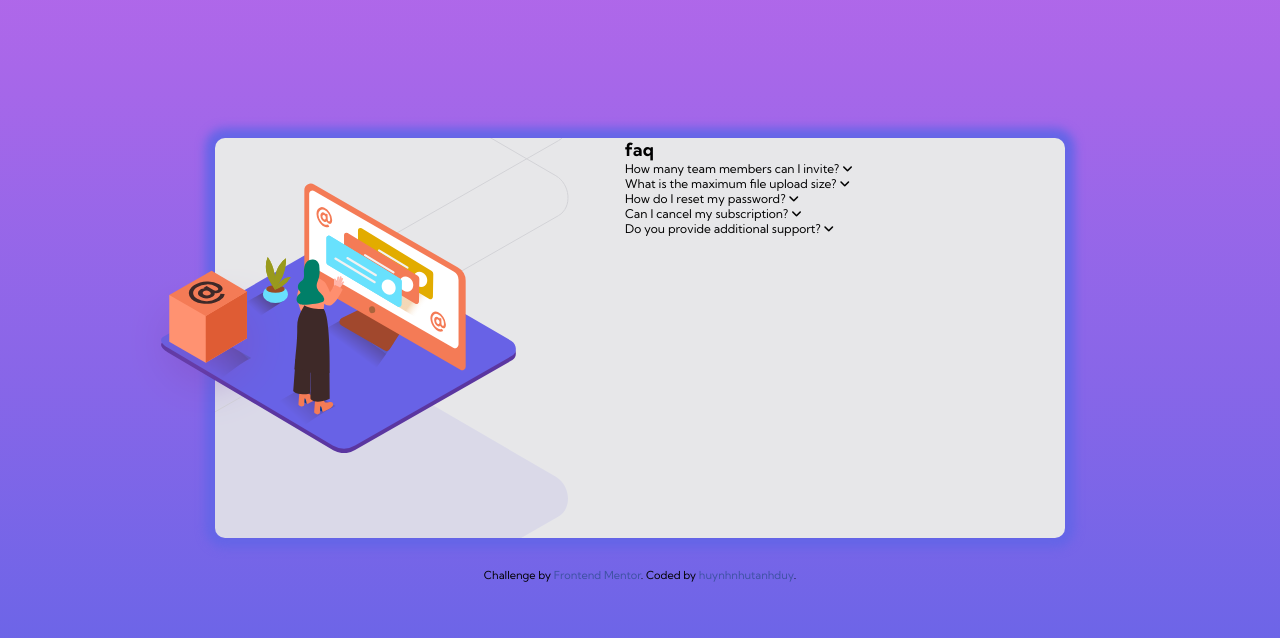
Repository: huynhnhutanhduy/faq-accordion-card
Page: index.html
An editor plug-in stored every save of this project. The page is shown before and after the next save, followed by the edit.
The browser window is 1280 px wide. The pictures show the whole page.

Above is the page before, as saved 2022-10-20 14:47:25.

### index.html
<!DOCTYPE html>
<html lang="en">
  <head>
    <meta charset="UTF-8" />
    <meta name="viewport" content="width=device-width, initial-scale=1.0" />
    <!-- displays site properly based on user's device -->
    <link rel="icon" type="image/png" sizes="32x32" href="./images/favicon-32x32.png" />
    <title>Frontend Mentor | FAQ Accordion Card</title>
    <link rel="preconnect" href="https://fonts.googleapis.com" />
    <link rel="preconnect" href="https://fonts.gstatic.com" crossorigin />
    <link
      href="https://fonts.googleapis.com/css2?family=Kumbh+Sans:wght@400;700&display=swap"
      rel="stylesheet"
    />
    <link
      rel="stylesheet"
      href="https://cdnjs.cloudflare.com/ajax/libs/font-awesome/6.2.0/css/all.min.css"
      integrity="sha512-xh6O/CkQoPOWDdYTDqeRdPCVd1SpvCA9XXcUnZS2FmJNp1coAFzvtCN9BmamE+4aHK8yyUHUSCcJHgXloTyT2A=="
      crossorigin="anonymous"
      referrerpolicy="no-referrer"
    />
    <link rel="stylesheet" href="./app.css" />
  </head>
  <body>
    <main>
      <article class="card">
        <div class="card-left">
          <div class="card-image">
            <img src="./images/illustration-woman-online-desktop.svg" alt="" />
          </div>
          <img src="./images/illustration-box-desktop.svg" alt="" class="card-box" />
        </div>
        <div class="card-right">
          <h1 class="card-title">faq</h1>
          <div class="card-list">
            <div class="card-item">
              <div class="card-item__header">
                <span class="card-item__header-title"
                  >How many team members can I invite?
                </span>
                <i class="fa-solid fa-angle-down card-item__header-icon"></i>
              </div>
              <div class="card-item__content">
                <div class="card-item__content-inner">
                  You can invite up to 2 additional users on the Free plan. There is no limit
                  on team members for the Premium plan.
                </div>
              </div>
            </div>
            <div class="card-item">
              <div class="card-item__header">
                <span class="card-item__header-title"
                  >What is the maximum file upload size?
                </span>
                <i class="fa-solid fa-angle-down card-item__header-icon"></i>
              </div>
              <div class="card-item__content">
                <div class="card-item__content-inner">
                  No more than 2GB. All files in your account must fit your allotted storage
                  space.
                </div>
              </div>
            </div>
            <div class="card-item">
              <div class="card-item__header">
                <span class="card-item__header-title">How do I reset my password? </span>
                <i class="fa-solid fa-angle-down card-item__header-icon"></i>
              </div>
              <div class="card-item__content">
                <div class="card-item__content-inner">
                  Click “Forgot password” from the login page or “Change password” from your
                  profile page. A reset link will be emailed to you.
                </div>
              </div>
            </div>
            <div class="card-item">
              <div class="card-item__header">
                <span class="card-item__header-title">Can I cancel my subscription? </span>
                <i class="fa-solid fa-angle-down card-item__header-icon"></i>
              </div>
              <div class="card-item__content">
                <div class="card-item__content-inner">
                  Yes! Send us a message and we’ll process your request no questions asked.
                </div>
              </div>
            </div>
            <div class="card-item">
              <div class="card-item__header">
                <span class="card-item__header-title"
                  >Do you provide additional support?
                </span>
                <i class="fa-solid fa-angle-down card-item__header-icon"></i>
              </div>
              <div class="card-item__content">
                <div class="card-item__content-inner">
                  Chat and email support is available 24/7. Phone lines are open during normal
                  business hours.
                </div>
              </div>
            </div>
          </div>
        </div>
      </article>
    </main>
    <footer class="attribution">
      Challenge by
      <a href="https://www.frontendmentor.io?ref=challenge" target="_blank">Frontend Mentor</a
      >. Coded by <a href="https://github.com/huynhnhutanhduy">huynhnhutanhduy</a>.
    </footer>
  </body>
</html>

### app.css
:root {
  --very-dark-desaturated-blue: hsl(238, 29%, 16%);
  --soft-red: hsl(14, 88%, 65%);
  --soft-violet: hsl(273, 75%, 66%);
  --soft-blue: hsl(240, 73%, 65%);
  --very-dark-grayish-blue: hsl(237, 12%, 33%);
  --dark-grayish-blue: hsl(240, 6%, 50%);
  --light-grayish-blue: hsl(240, 5%, 91%);
}
* {
  margin: 0;
  padding: 0;
  border: 0;
}
*,
*::before,
*::after,
html {
  box-sizing: border-box;
}
html {
  font-size: 62.5%;
}
body {
  font-size: 1.2rem;
  font-weight: normal;
  font-family: "Kumbh Sans", sans-serif;
  background-image: linear-gradient(var(--soft-violet), var(--soft-blue));
  height: 100vh;
  width: 100vw;
  display: grid;
  align-content: center;
  justify-content: center;
}
a {
  text-decoration: none;
}
img {
  display: block;
  max-width: 100%;
}

.attribution {
  font-size: 11px;
  text-align: center;
}
.attribution a {
  color: hsl(228, 45%, 44%);
}

.card {
  border-radius: 1rem;
  margin-bottom: 3rem;
  background: var(--light-grayish-blue) url("./images/bg-pattern-desktop.svg") no-repeat;
  background-position-x: -612px;
  background-position-y: -314px;
  height: 40rem;
  width: 85rem;
  display: grid;
  grid-template-columns: 360px 1fr;
  grid-gap: 5rem;
  box-shadow: 0 0 10px 10px var(--soft-blue);
}
.card-left {
  position: relative;
}
.card-image img {
  position: absolute;
  top: 45px;
  left: -54px;
  /* right: 25px; */
  height: 27rem;
}
.card-box {
  height: 40%;
  position: absolute;
  top: 131px;
  left: -90px;
}

.card-item__content-inner {
  display: none;
}

After the next save:
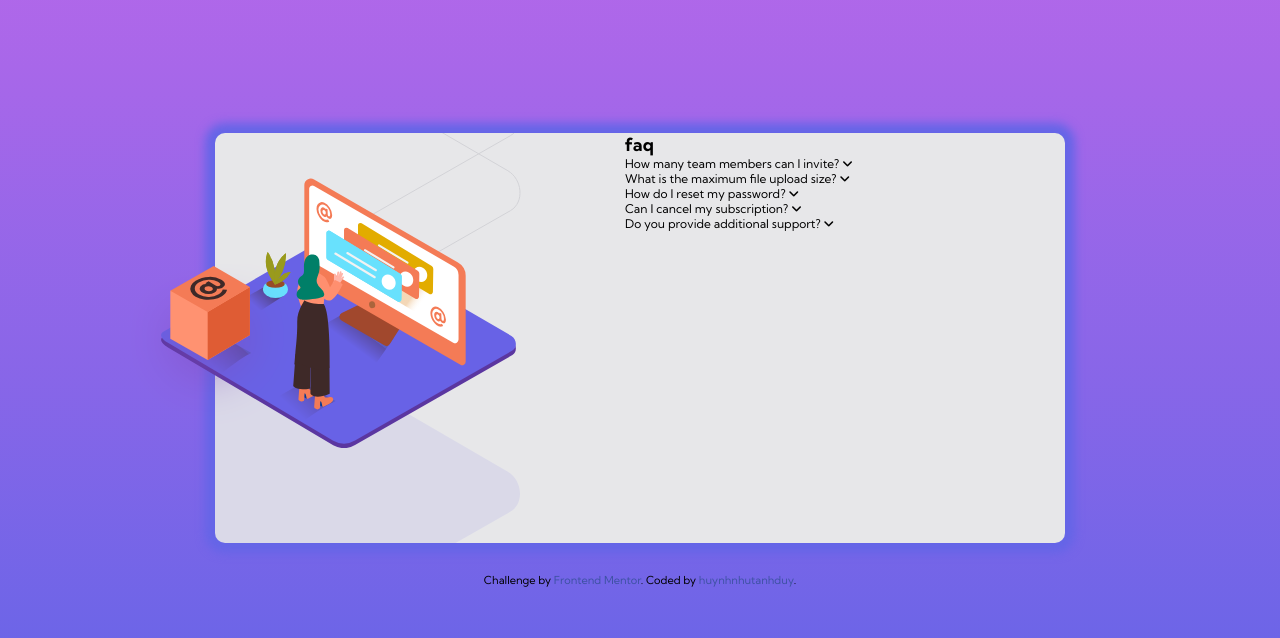
Saved 56 s later.
--- a/app.css
+++ b/app.css
@@ -52,9 +52,9 @@ img {
   border-radius: 1rem;
   margin-bottom: 3rem;
   background: var(--light-grayish-blue) url("./images/bg-pattern-desktop.svg") no-repeat;
-  background-position-x: -612px;
+  background-position-x: -660px;
   background-position-y: -314px;
-  height: 40rem;
+  height: 41rem;
   width: 85rem;
   display: grid;
   grid-template-columns: 360px 1fr;
